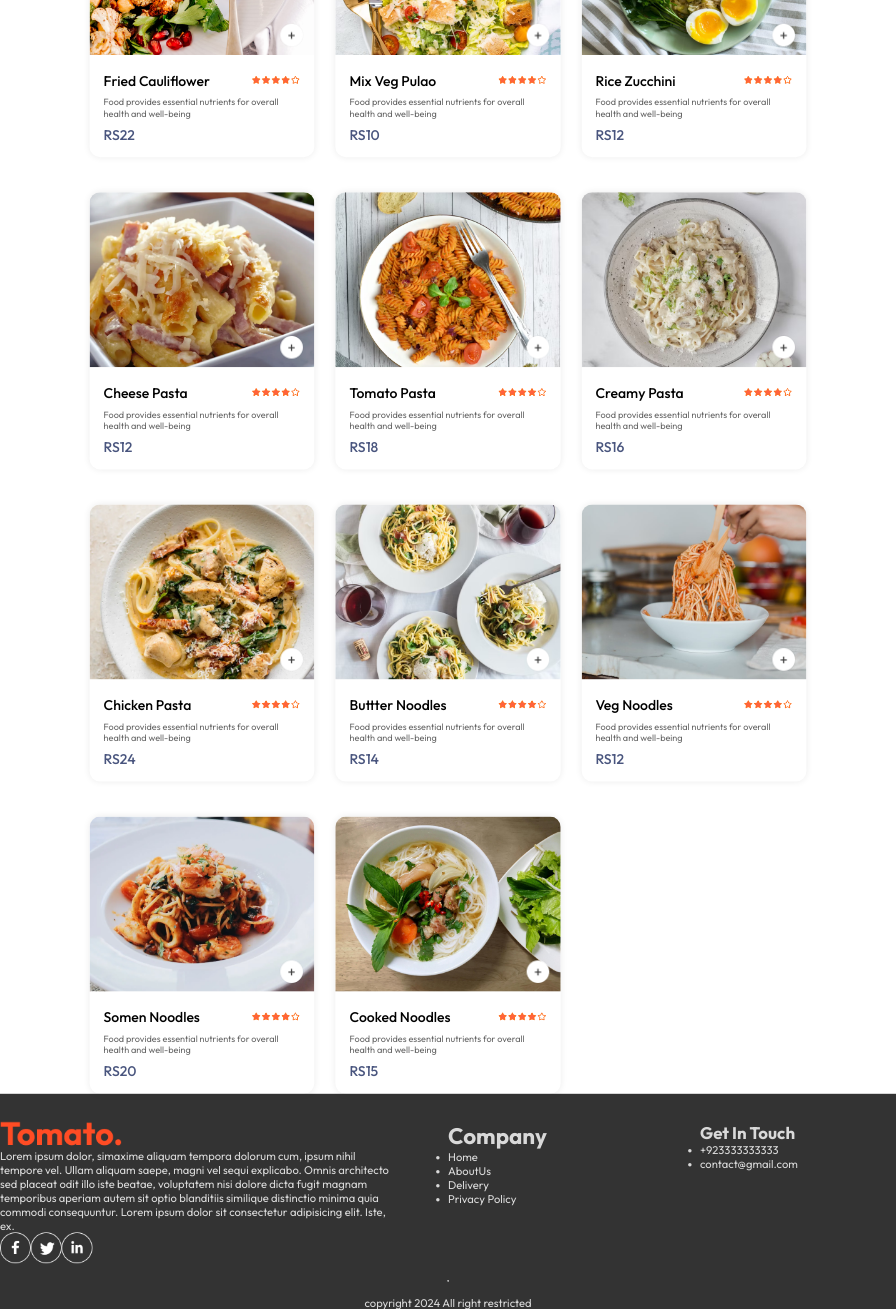
Repository: Attar786/Food-ordering-app
Page: / (app in frontend/)
An editor plug-in stored every save of this project. The page is shown before and after the next save, followed by the edit.
The browser window is 1280 px wide. The pictures show the part of the page from y = 4282 to 6202 px (the page is 6152 px tall before and 6202 px after), at 70% of full size.
The project was rebuilt for these pictures with package versions that can differ from the ones it lists, and the page was loaded fresh each time. Also part of the build but not shown: frontend/vite.config.js, frontend/src/pages/Cart/Cart.css, frontend/src/pages/Cart/Cart.jsx, frontend/src/pages/PlaceOrder/PlaceOrder.css, frontend/src/pages/PlaceOrder/PlaceOrder.jsx.

Above is the page before, as saved 2024-07-26 20:06:53.

After the next save:
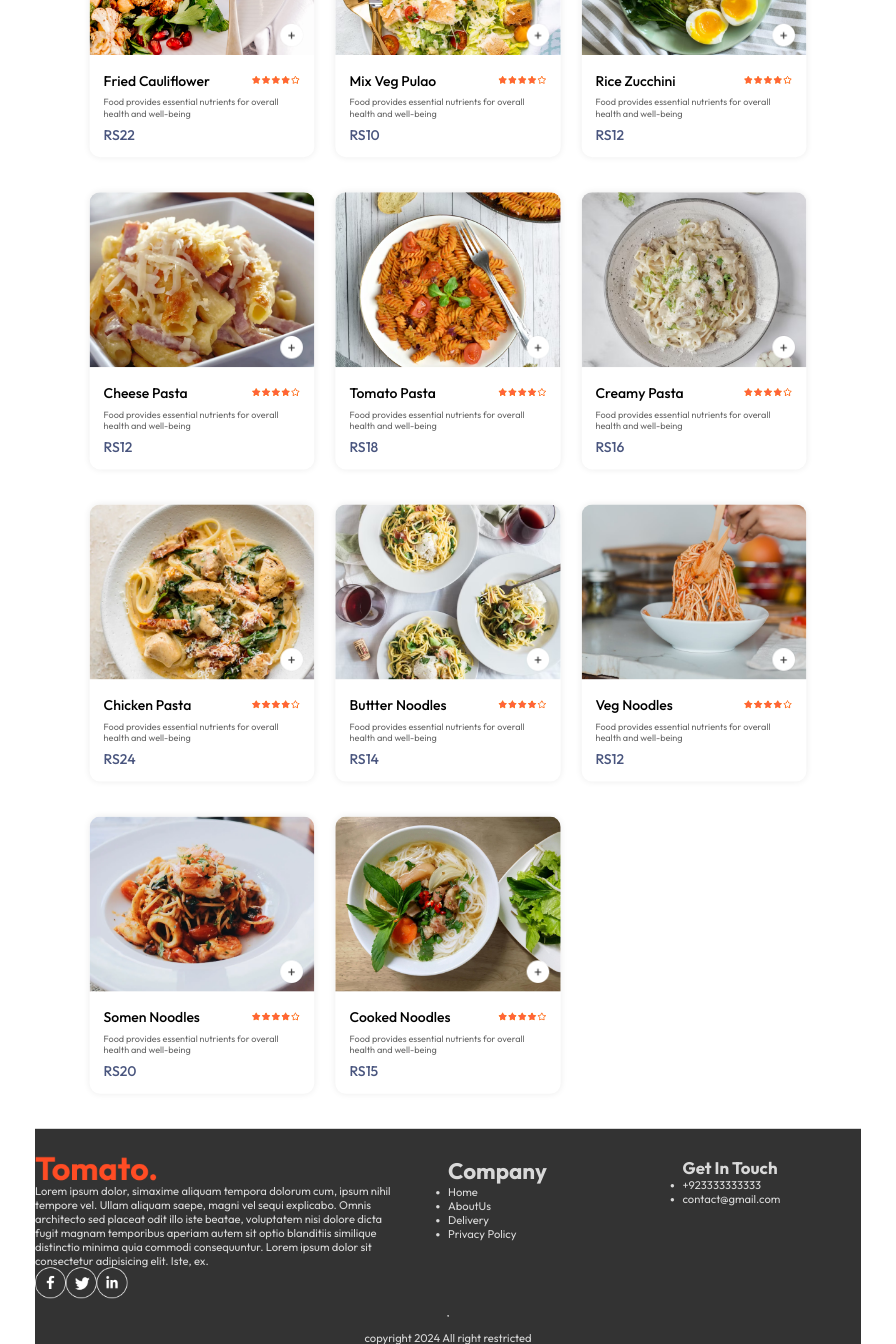
Saved 17 s later.
--- a/frontend/src/components/Footer/Footer.css
+++ b/frontend/src/components/Footer/Footer.css
@@ -6,6 +6,7 @@
     align-items: center;
     gap: 20px;
     padding-top: 40px;
+    margin: 50px;
 }
 .footer-content
 {

After the save that followed:
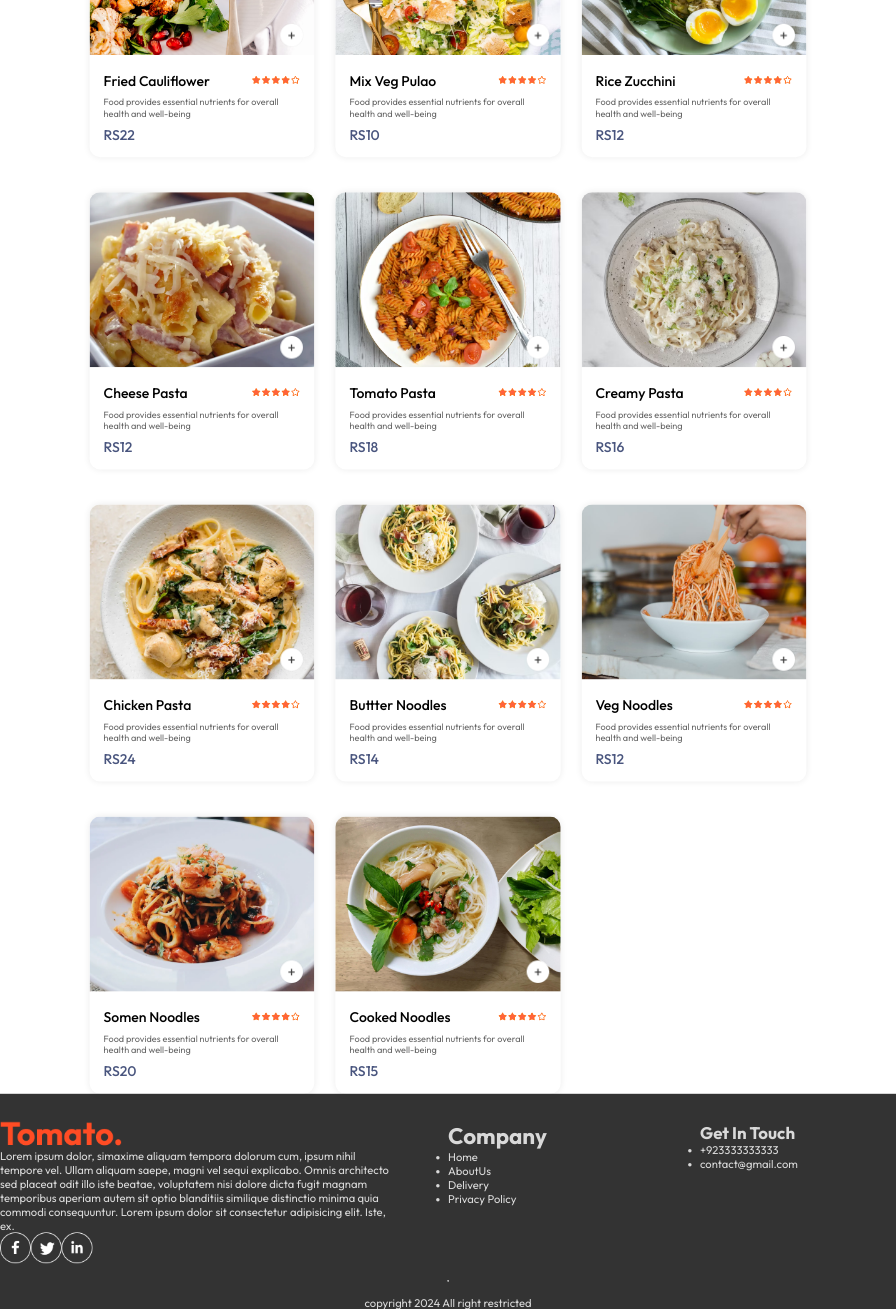
Saved 8 s later.
--- a/frontend/src/components/Footer/Footer.css
+++ b/frontend/src/components/Footer/Footer.css
@@ -6,7 +6,7 @@
     align-items: center;
     gap: 20px;
     padding-top: 40px;
-    margin: 50px;
+
 }
 .footer-content
 {
